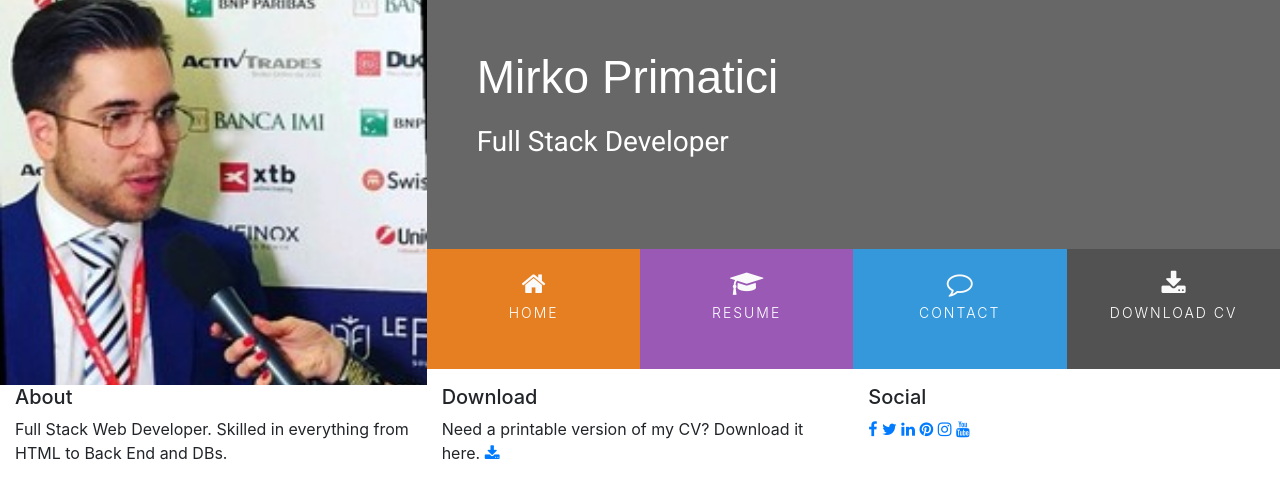
Repository: mirkoprimaticix/Resume
Page: index.html
The author's editor kept a record of every edit. The page is drawn from the files as they stood at one moment, then again after the next edit.
The browser window is 1280 px wide. The pictures show the whole page.
Some web libraries are served in a nearby version.

Above is the page before.
Console error: TypeError: Cannot read properties of undefined (reading 'fn')

After the next edit:
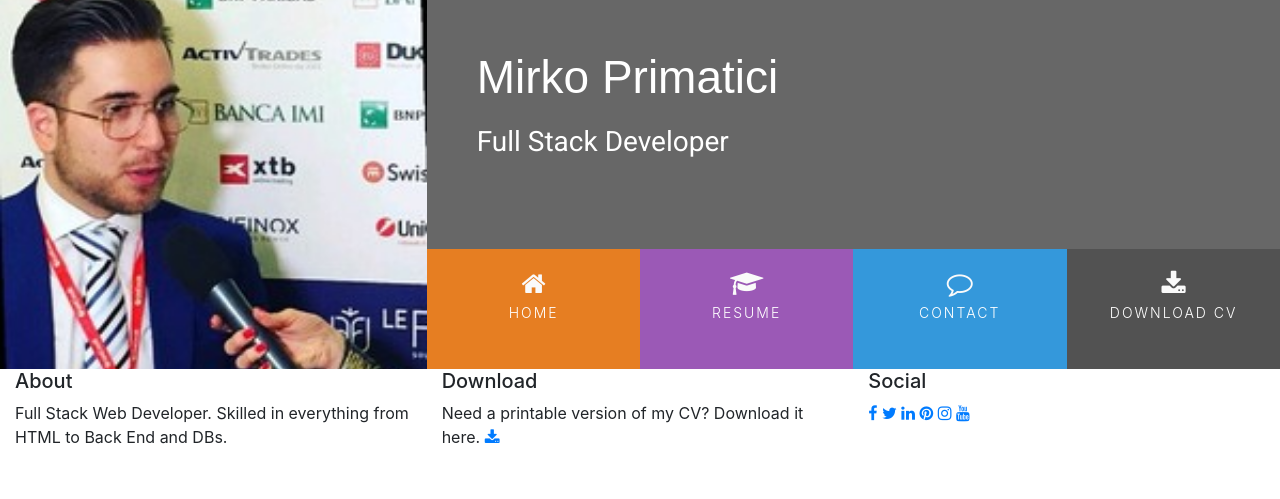
The edit:
--- a/assets/css/style.css
+++ b/assets/css/style.css
@@ -66,6 +66,10 @@
     font-size: 0;
 }
 
+#nav {
+    margin: 0;
+}
+
 #nav li {
     font-size: 14px;
     padding: 0;
